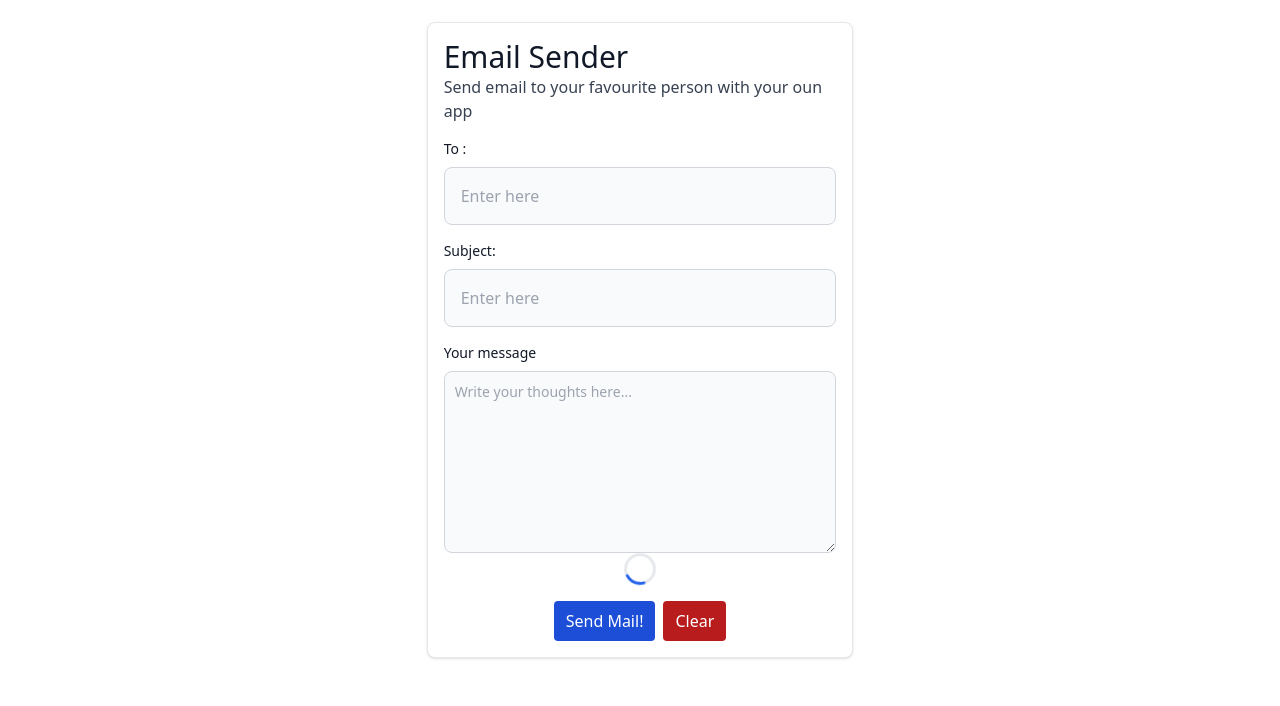
Repository: vikas-1234/EmailReactProject
Page: / (app in email-sender/)
The author's editor kept a copy of each file at every save. The page is drawn from the files as they stood at one save, then again after the next save.
The browser window is 1280 px wide. The pictures show the whole page.
The project was rebuilt for these pictures with package versions that can differ from the ones it lists, and the page was loaded fresh each time. Also part of the build but not shown: email-sender/vite.config.js, email-sender/src/App.css.

Above is the page before, as saved 2024-04-21 11:59:54.

### email-sender/index.html
<!doctype html>
<html lang="en" class="light">
  <head>
    <meta charset="UTF-8" />
    <link rel="icon" type="image/svg+xml" href="/vite.svg" />
    <meta name="viewport" content="width=device-width, initial-scale=1.0" />
    <title>Email Sender</title>
  </head>
  <body className="bg-gray-200">
    <div id="root"></div>
    <script type="module" src="/src/main.jsx"></script>
  </body>
</html>

### email-sender/src/App.jsx

import { Toaster } from 'react-hot-toast'
import './App.css'
import EmailSender from './components/EmailSender'

function App() {


  return (
    <>
      <EmailSender/>
      <Toaster/>
    </>
  )
}

export default App

### email-sender/src/components/EmailSender.jsx
import { useState } from "react";
import toast from "react-hot-toast";
import { sendEmail } from "../services/email.services";
function EmailSender() {
  const [emailData, setEmailData] = useState({
    to: "",
    subject: "",
    message: "",
  });

  async function handleFieldChange(event, name) {
    setEmailData({ ...emailData,[name]: event.target.value });
  }

  async function handleSubmit(event) {
    event.preventDefault();

    if(emailData.to=='' || emailData.subject=='' || emailData.message==''){
      alert('Please fill all the fields');
      toast.error("Invalid Fields!!");
      return;
    }

    // send email using an API for that we are using AXIOS Library to fetch the data  and display it.

    try {
      await sendEmail(emailData);
      toast.success("Email Data has been sent successfully");
      toast.success("Send Another One Data");
      setEmailData({
        to: "",
        subject: "",
        message: "",
      })
      console.log(emailData);
    } catch (error) {
      toast.error("Email not send!!!");
      console.log(emailData);
    }





    console.log(emailData);
  }

  return (
    <div className="w-full min-h-screen flex justify-center items-center">
      <div className="email_card md:w-1/3 w-full -mt-10 mx-4 md:mx-0  bg-white p-4 border rounded-lg shadow">
        <h1 className="text-gray-900 text-3xl">Email Sender</h1>
        <p className="text-gray-700">
          {" "}
          Send email to your favourite person with your oun app{" "}
        </p>

        <form action="" onSubmit={handleSubmit}>
          {/* To Section */}

          <div className="input_field mt-4">
            <label
              htmlFor="large-input"
              className="block mb-2 text-sm font-medium text-gray-900 dark:text-white"
            >
              To :
            </label>
            <input
              type="text"
              value={emailData.to}
              onChange={(event) => handleFieldChange(event, "to")}
              placeholder="Enter here"
              id="large-input"
              className="block w-full p-4 text-gray-900 border border-gray-300 rounded-lg bg-gray-50 text-base focus:ring-blue-500 focus:border-blue-500 dark:bg-gray-700 dark:border-gray-600 dark:placeholder-gray-400 dark:text-white dark:focus:ring-blue-500 dark:focus:border-blue-500"
            ></input>
          </div>
          {/* To Subject */}

          <div className="input_field mt-4">
            <label
              htmlFor="large-input"
              className="block mb-2 text-sm font-medium text-gray-900 dark:text-white"
            >
              Subject:
            </label>
            <input
              type="text"
              value={emailData.subject}
              onChange={(event) => handleFieldChange(event, "subject")}
              placeholder="Enter here"
              id="large-input"
              class="block w-full p-4 text-gray-900 border border-gray-300 rounded-lg bg-gray-50 text-base focus:ring-blue-500 focus:border-blue-500 dark:bg-gray-700 dark:border-gray-600 dark:placeholder-gray-400 dark:text-white dark:focus:ring-blue-500 dark:focus:border-blue-500"
            ></input>
          </div>

          {/* Message Section */}

          <div className="form_field mt-4">
            <label
              htmlFor="message"
              className="block mb-2 text-sm font-medium text-gray-900 dark:text-white"
            >
              Your message
            </label>
            <textarea
              id="message"
              value={emailData.message}
              onChange={(event) => handleFieldChange(event, "message")}
              rows="8"
              class="block p-2.5 w-full text-sm text-gray-900 bg-gray-50 rounded-lg border border-gray-300 focus:ring-blue-500 focus:border-blue-500 dark:bg-gray-700 dark:border-gray-600 dark:placeholder-gray-400 dark:text-white dark:focus:ring-blue-500 dark:focus:border-blue-500"
              placeholder="Write your thoughts here..."
            ></textarea>
          </div>

      {/* Loader Section */}
          <div className="loader justify-center flex">
          <div role="status">
    <svg aria-hidden="true" class="w-8 h-8 text-gray-200 animate-spin dark:text-gray-600 fill-blue-600" viewBox="0 0 100 101" fill="none" xmlns="http://www.w3.org/2000/svg">
        <path d="M100 50.5908C100 78.2051 77.6142 100.591 50 100.591C22.3858 100.591 0 78.2051 0 50.5908C0 22.9766 22.3858 0.59082 50 0.59082C77.6142 0.59082 100 22.9766 100 50.5908ZM9.08144 50.5908C9.08144 73.1895 27.4013 91.5094 50 91.5094C72.5987 91.5094 90.9186 73.1895 90.9186 50.5908C90.9186 27.9921 72.5987 9.67226 50 9.67226C27.4013 9.67226 9.08144 27.9921 9.08144 50.5908Z" fill="currentColor"/>
        <path d="M93.9676 39.0409C96.393 38.4038 97.8624 35.9116 97.0079 33.5539C95.2932 28.8227 92.871 24.3692 89.8167 20.348C85.8452 15.1192 80.8826 10.7238 75.2124 7.41289C69.5422 4.10194 63.2754 1.94025 56.7698 1.05124C51.7666 0.367541 46.6976 0.446843 41.7345 1.27873C39.2613 1.69328 37.813 4.19778 38.4501 6.62326C39.0873 9.04874 41.5694 10.4717 44.0505 10.1071C47.8511 9.54855 51.7191 9.52689 55.5402 10.0491C60.8642 10.7766 65.9928 12.5457 70.6331 15.2552C75.2735 17.9648 79.3347 21.5619 82.5849 25.841C84.9175 28.9121 86.7997 32.2913 88.1811 35.8758C89.083 38.2158 91.5421 39.6781 93.9676 39.0409Z" fill="currentFill"/>
    </svg>
    <span class="sr-only">Loading...</span>
</div>
          </div>

          <div className="button_container mt-4 flex justify-center gap-2">
            <button  type="submit"className="hover:bg-blue-900 text-white bg-blue-700 px-3 py-2 rounded">
              Send Mail!
            </button>
            <button className="hover:bg-red-900 text-white bg-red-700 px-3 py-2 rounded">
              Clear
            </button>
          </div>
        </form>
      </div>
    </div>
  );
}

export default EmailSender;

### email-sender/src/services/email.services.jsx

import { customAxios } from "./helper";

export async function sendEmail(emailData) {
    const result=(await customAxios.post(`/send`, emailData)).data;
    return  result;

  // .then((response) => {
    //     alert('Email sent successfully:', response.data);
    //     return response.data;
    // })
    // .catch((error) => {
    //     alert('Error sending email:', error);
    //     throw error;
    // })
}

### email-sender/src/services/helper.jsx
import axios from 'axios'

const baseURL = "http://localhost:8080/api/v1/email";
//  const baseURL = '/api/v1'; // Use this for production.
export const customAxios=axios.create({
    baseURL: baseURL,

});

### email-sender/tailwind.config.js
/** @type {import('tailwindcss').Config} */
export default {
  content: ["./index.html",
  "./src/**/*.{js,ts,jsx,tsx}",],
  theme: {
    extend: {},
  },
  plugins: [],
  darkMode:'selector',
}

Loaded but not shown: email-sender/src/main.jsx (common file); email-sender/src/index.css (common file)

After the next save:
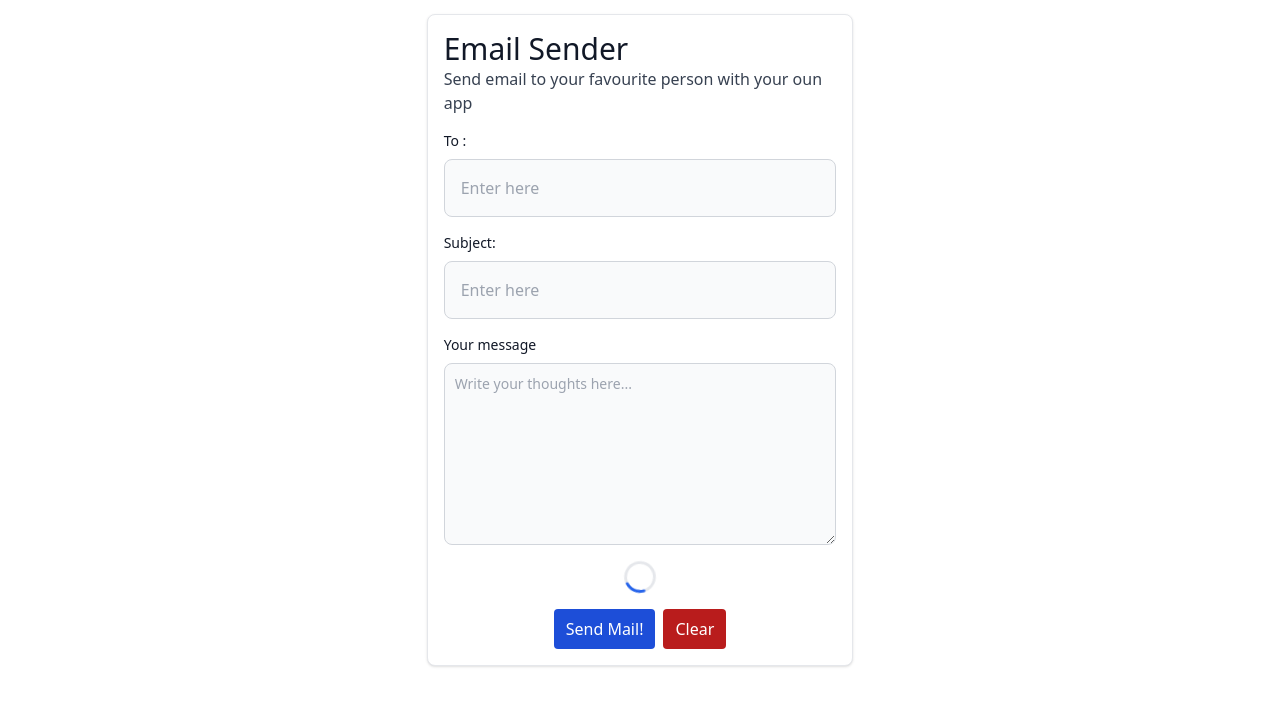
Saved 17 s later.
--- a/email-sender/src/components/EmailSender.jsx
+++ b/email-sender/src/components/EmailSender.jsx
@@ -112,7 +112,7 @@ function EmailSender() {
           </div>
 
       {/* Loader Section */}
-          <div className="loader justify-center flex">
+          <div className="loader justify-center flex mt-4">
           <div role="status">
     <svg aria-hidden="true" class="w-8 h-8 text-gray-200 animate-spin dark:text-gray-600 fill-blue-600" viewBox="0 0 100 101" fill="none" xmlns="http://www.w3.org/2000/svg">
         <path d="M100 50.5908C100 78.2051 77.6142 100.591 50 100.591C22.3858 100.591 0 78.2051 0 50.5908C0 22.9766 22.3858 0.59082 50 0.59082C77.6142 0.59082 100 22.9766 100 50.5908ZM9.08144 50.5908C9.08144 73.1895 27.4013 91.5094 50 91.5094C72.5987 91.5094 90.9186 73.1895 90.9186 50.5908C90.9186 27.9921 72.5987 9.67226 50 9.67226C27.4013 9.67226 9.08144 27.9921 9.08144 50.5908Z" fill="currentColor"/>
